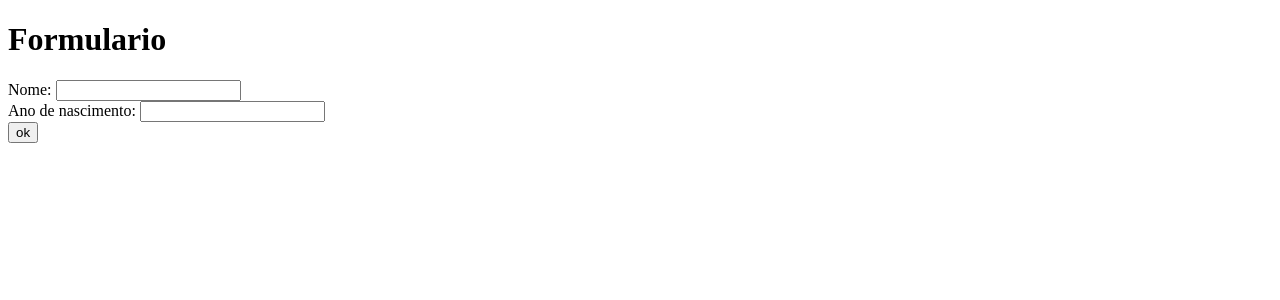
Repository: mduarte23/Sistemas_Informacao
Page: http://localhost/OlaMundo/formulario/futebol/formulario.jsp
These files come from the project's save history. The page is drawn as it stood at one moment and after the next save; the edit follows.
The browser window is 1280 px wide. The pictures show the whole page.
The page is served by Tomcat 10. Other server files are loaded and not shown.

Above is the page before, as saved 2024-08-14 23:02:19.

### 4_Periodo/Eclipse/OlaMundo/src/main/webapp/formulario/futebol/formulario.jsp
<%@ page language="java" contentType="text/html; charset=UTF-8"
    pageEncoding="UTF-8"%>
<!DOCTYPE html>
<html>
<head>
<meta charset="UTF-8">
<title>Insert title here</title>
</head>
<body>
	<h1>Formulario</h1>

	<form action="resposta1.jsp" method="post">
		Nome:
		<input type= "text" name = "nome"/>
		<br/>
		Ano de nascimento:
		<input type= "text" name = "ano"/>
		<br/>
		<input type="submit" value= "ok"/>
	</form>
</body>
</html>

After the next save:
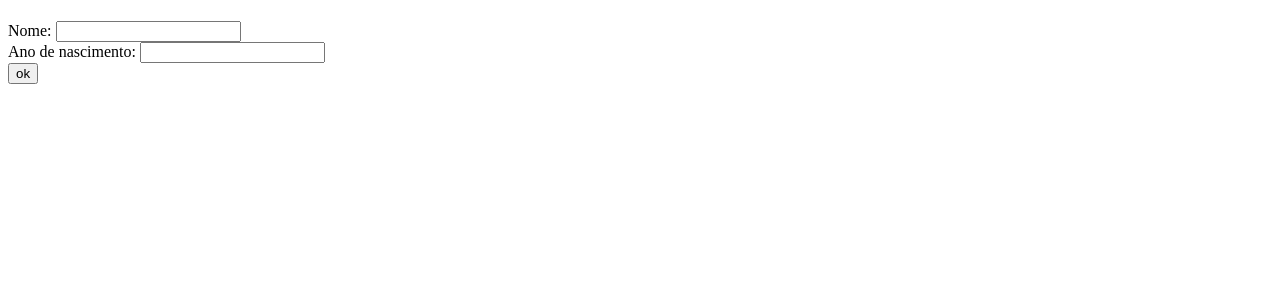
Saved 5 s later.
--- a/4_Periodo/Eclipse/OlaMundo/src/main/webapp/formulario/futebol/formulario.jsp
+++ b/4_Periodo/Eclipse/OlaMundo/src/main/webapp/formulario/futebol/formulario.jsp
@@ -7,7 +7,7 @@
 <title>Insert title here</title>
 </head>
 <body>
-	<h1>Formulario</h1>
+	<h1></h1>
 
 	<form action="resposta1.jsp" method="post">
 		Nome:
